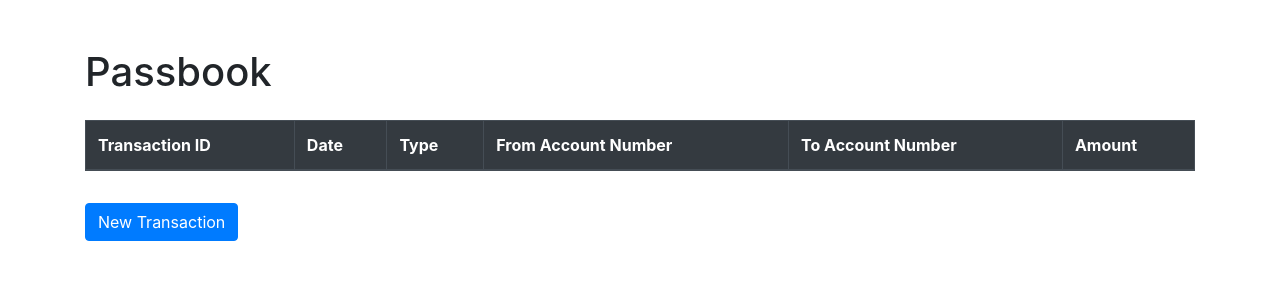
Repository: bhatideepak599/JspServlets
Page: http://localhost/11-bank-application/CustomerController?action=listPassbook&user_name=null
These files come from the project's save history. The page is drawn as it stood at one moment and after the next save; the edit follows.
The browser window is 1280 px wide. The pictures show the whole page.
The page is served by Tomcat 9. Queries for data that is not in the repository find no rows.

Above is the page before, as saved 2024-07-22 11:28:08.

After the next save:
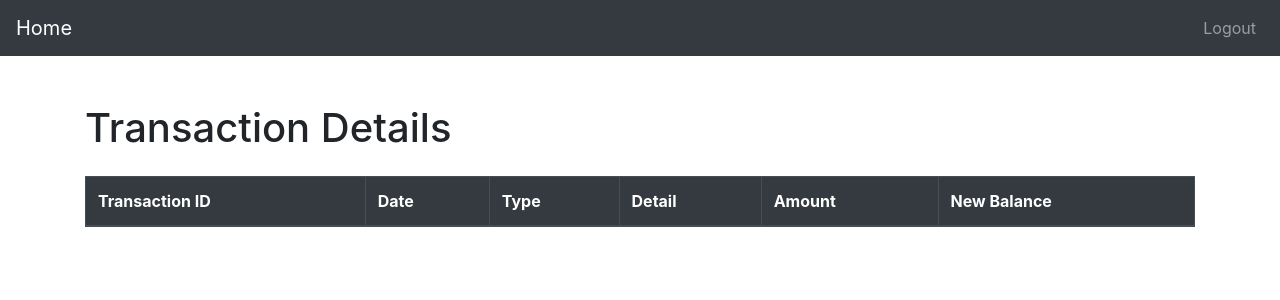
Saved 41 s later.
--- a/11-bank-application/WebContent/view-passbook.jsp
+++ b/11-bank-application/WebContent/view-passbook.jsp
@@ -14,36 +14,51 @@
 </head>
 <body>
   <%
-    String user_name = request.getParameter("user_name");
+    String user_name = (String) session.getAttribute("user_name");
 
   %>
+  <nav class="navbar navbar-expand-lg navbar-dark bg-dark">
+    <a class="navbar-brand" href="CustomerController">Home</a>
+    <div class="collapse navbar-collapse">
+      <ul class="navbar-nav ml-auto">
+        <li class="nav-item"><a class="nav-link" href="LogoutServlet">Logout</a></li>
+      </ul>
+    </div>
+  </nav>
     <div class="container mt-5">
-        <h1 class="mb-4">Passbook</h1>
+        <h1 class="mb-4">Transaction Details</h1>
         <table class="table table-striped table-bordered">
             <thead class="thead-dark">
                 <tr>
                     <th>Transaction ID</th>
                     <th>Date</th>
                     <th>Type</th>
-                    <th>From Account Number</th>
-                    <th>To Account Number</th>
+                    <th>Detail</th>
                     <th>Amount</th>
+                    <th>New Balance</th>
                 </tr>
             </thead>
             <tbody>
          <c:forEach var="transaction" items="${theTransactionList}">
           <tr>
             <td>${transaction.getId()}</td>
+
             <td>${transaction.getDate()}</td>
-            <td>${transaction.getType() }</td>
-            <td><c:if test="${transaction.getType().equals('credit')}">${transaction.getSenderAccNo()}</c:if></td>
-            <td><c:if test="${transaction.getType().equals('debit')}">${transaction.getReceiverAccNo()}</c:if></td>
-            <td>${transaction.getAmount()}</td>
+
+            <td>${transaction.getType()}</td>
+
+            <td><c:if test="${transaction.getType().equals('credit')}">From account number: ${transaction.getSenderAccNo()}</c:if>
+            <c:if test="${transaction.getType().equals('debit')}">To account number: ${transaction.getReceiverAccNo()}</c:if></td>
+
+            <td><c:if test="${transaction.getType().equals('credit')}">+${transaction.getAmount()}</c:if>
+            <c:if test="${transaction.getType().equals('debit')}">-${transaction.getAmount()}</c:if></td>
+
+            <td><c:if test="${transaction.getType().equals('credit')}">${transaction.getRbalance()}</c:if>
+            <c:if test="${transaction.getType().equals('debit')}">${transaction.getSbalance()}</c:if></td>
           </tr>
         </c:forEach>
             </tbody>
         </table>
-        <a href="CustomerController?action=newTransaction&user_name=<%= user_name %>" class="btn btn-primary mt-3">New Transaction</a>
     </div>
 
     <!-- Bootstrap JS, Popper.js, and jQuery -->
